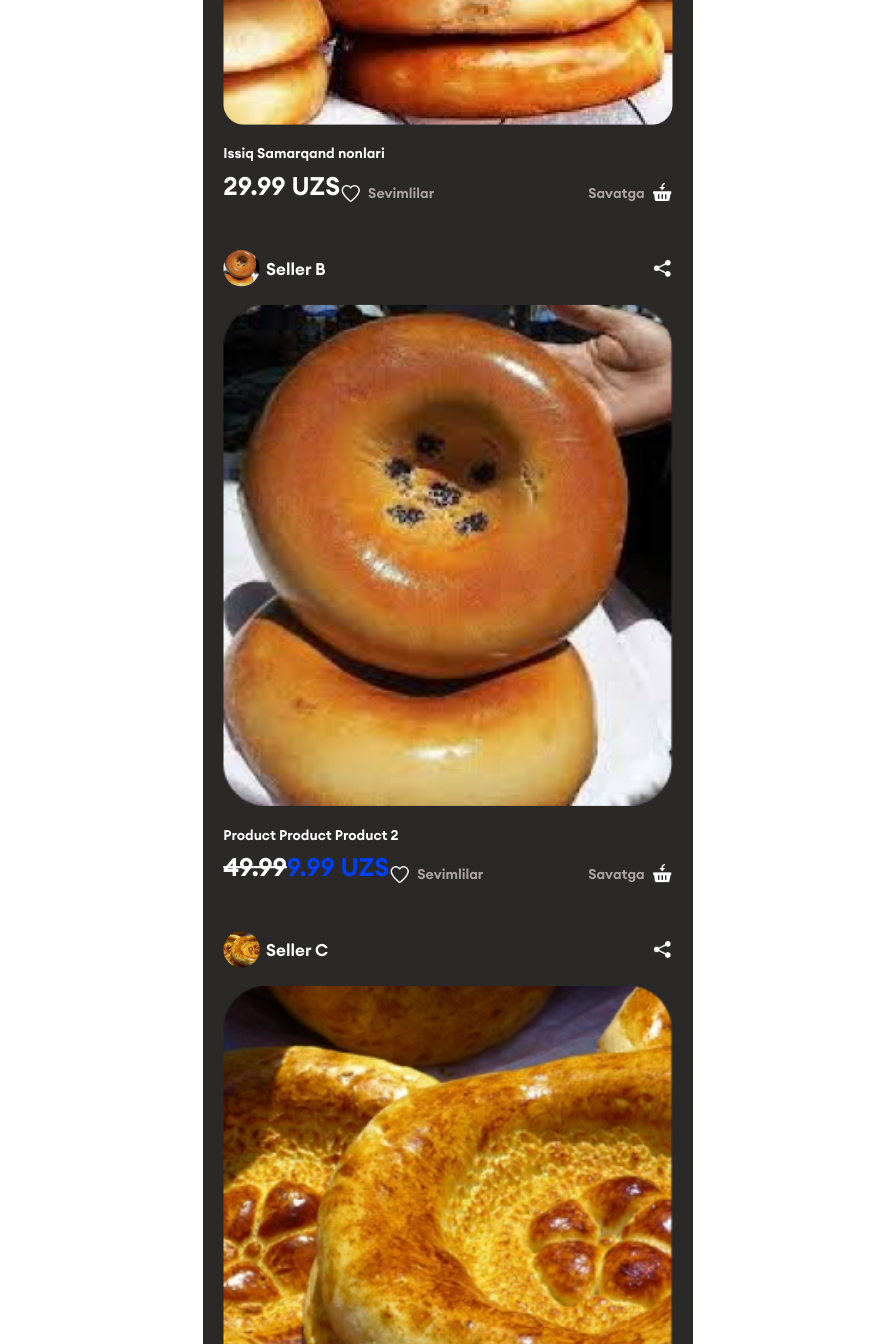
Repository: muslmoney/click-miniapp
Page: /
An editor plug-in stored every save of this project. The page is shown before and after a run of saves, followed by the edit.
The browser window is 1280 px wide. The pictures show the part of the page from y = 1435 to 3355 px (the page is 10664 px tall before and 11143 px after), at 70% of full size.
The project was rebuilt for these pictures with package versions that can differ from the ones it lists, and the page was loaded fresh each time. Also part of the build but not shown: vite.config.js.

Above is the page before, as saved 2025-02-02 00:22:42.

### index.html
<!doctype html>
<html lang="en">
<head>
  <meta charset="UTF-8" />
  <meta http-equiv="X-UA-Compatible" content="IE=edge" />
  <meta name="description" content="Non Bor" />
  <meta name="keywords" content="Non Bor" />
  <meta name="author" content="Non Bor" />
  <!-- <meta http-equiv="refresh" content="30"> -->
  <meta property="og:title" content="Non Bor">
  <meta property="og:description" content="Non Bor">
  <meta property="og:image" content="/logo_bread.png">
  <meta property="og:url" content="https://non-bor.netlify.app/">
  <meta name="viewport" content="width=device-width, initial-scale=1.0" />
  <link rel="icon" type="image/png" href="/logo_bread.png" />
  <title>Non Bor</title>
</head>

<body>
  <div id="root"></div>
  <script type="module" src="/src/main.jsx"></script>
</body>

</html>

### src/main.jsx
import React, { Suspense, lazy, StrictMode } from 'react';
import { createRoot } from 'react-dom/client';
import { createBrowserRouter, RouterProvider, Navigate } from 'react-router-dom';
import './index.css';
import App from './App.jsx'
import { CartProvider } from './context/Context.jsx';
const Home = lazy(() => import("./pages/Home/Home.jsx"));
const Cart = lazy(() => import("./pages/Cart/Cart.jsx"));
const Favorites = lazy(() => import('./pages/Favorites/Favorites.jsx'));
const Search = lazy(() => import('./pages/Search/Search.jsx'));
const User = lazy(() => import('./pages/User/User.jsx'));

const router = createBrowserRouter([
  {
    path: "/",
    element: <App />,
    children: [
      { index: true, element: <Navigate to="home" replace /> },
      {
        path: 'home',
        element: <Home />
      },
      {
        path: 'cart',
        element: <Cart />
      },
      {
        path: 'favorites',
        element: <Favorites />
      },
      {
        path: 'search',
        element: <Search />
      },
      {
        path: 'user',
        element: <User />
      },
      { path: '*', element: <div>404 - Page Not Found</div> },
    ],
  },
]);

class ErrorBoundary extends React.Component {
  state = { hasError: false };

  static getDerivedStateFromError() {
    return { hasError: true };
  }

  componentDidCatch(error, info) {
    console.error("Error caught:", error, info);
  }

  render() {
    if (this.state.hasError) {
      return <div>Something went wrong!</div>;
    }
    return this.props.children;
  }
}


createRoot(document.getElementById('root')).render(
  <StrictMode>
    <CartProvider>
      <Suspense fallback={<div>Loading...</div>}>
        <RouterProvider router={router} />
      </Suspense>
    </CartProvider>
  </StrictMode>
);

### src/index.css
:root {
  --color-default-white: #fff;
  --color-default-bg: #2B2828;
  --color-default-blue: #023EF3;
  --color-button-bg-blue:#3866E8;
  --color-text-gray:#ADA4A4;
  --color-button-bg-gray:#565454;
}

* {
  font-family: 'Euclid Circular A', sans-serif;
  scroll-behavior: smooth;
  padding: 0;
  margin: 0;
  box-sizing: border-box;
}

.container {
  width: 100%;
  margin: 0 auto;
  max-width: 700px;
}


picture,
img,
svg {

  display: block;
  width: 100%;
  height: auto;
}

a,
span,
button,
label,
input,
textarea {
  display: inline-block;
  font-family: inherit;
  color: inherit;
  font-weight: inherit;
}

a,
button,
label,
textarea,
li {
  list-style: none;
  text-decoration: none;
  cursor: pointer;
}

q::after,
q::before {
  content: '';
}

#root {
  display: flex;
  flex-direction: column;
  justify-content: space-between;
}

#root>* {
  flex-shrink: 0;
}

#root>main {
  flex-grow: 1;
}

h1,
h2,
h3,
h4,
h5,
h6,
p,
button,
a {
  font-weight: inherit;
  color: var(--color-default-white);
}

### src/App.jsx
import React, { useEffect } from "react";
import "./App.css";
import Header from "./layout/Header/Header.jsx";
import Footer from "./layout/Footer/Footer.jsx";
import "/public/fonts/fonts.css";
import { BrowserRouter as Router, Routes, Outlet, useLocation, useNavigate } from "react-router-dom";

const App = () => {
  const navigate = useNavigate();
  const { pathname } = useLocation();

  useEffect(() => {
    if (pathname === "/") {
      navigate("/home");
    }
  }, [pathname, navigate]);

  return (
    <>
      <header>
        <Header />
      </header>

      <main>
        <Outlet />
      </main>

      <footer>
        <Footer />
      </footer>
    </>
  );
};

export default App;

### src/context/Context.jsx
import React, { createContext, useState, useContext } from 'react';

const CartContext = createContext();
const FavoriteContext = createContext();

export const useCart = () => useContext(CartContext);
export const useFavorites = () => useContext(FavoriteContext);

export const CartProvider = ({ children }) => {
  const [cart, setCart] = useState([]);
  const [favorites, setFavorites] = useState([]);

  const addToCart = (product) => {
    setCart((prevCart) => [...prevCart, product]);
  };

  const removeFromCart = (productId) => {
    setCart((prevCart) => prevCart.filter((product) => product.id !== productId));
  };

  const changeQuantity = (productId, quantity) => {
    setCart((prevCart) => {
      return prevCart.map((product) =>
        product.id === productId ? { ...product, quantity } : product
      );
    });
  };

  const addToFavorites = (product) => {
    setFavorites((prevFavorites) => [...prevFavorites, product]);
  };

  const removeFromFavorites = (productId) => {
    setFavorites((prevFavorites) => prevFavorites.filter((product) => product.id !== productId));
  };

  return (
    <CartContext.Provider value={{ cart, addToCart, removeFromCart, changeQuantity }}>
      <FavoriteContext.Provider value={{ favorites, addToFavorites, removeFromFavorites }}>
        {children}
      </FavoriteContext.Provider>
    </CartContext.Provider>
  );
};

### src/layout/Header/Header.jsx
import React from 'react'
import { RxCross2 } from "react-icons/rx";
import style from './header.module.css'
const Header = () => {
    return (
        <header className={style.header}>
            <div className='container'>
                <div className={style.header}>
                    <img className={style.cross} src="/cancel.png" alt="" />
                </div>
            </div>
        </header>
    )
}

export default Header

### src/layout/Footer/Footer.jsx
import React from 'react'
import styles from './footer.module.css'
import { CiSearch } from "react-icons/ci";
import { CiUser } from "react-icons/ci";
import { CiHeart } from "react-icons/ci";
import { PiBagLight } from "react-icons/pi";
import { CiHome } from "react-icons/ci";
import { Link } from 'react-router-dom';

const Footer = () => {
    return (
        <footer className='container'>
            <div className={styles.footer}>
                    <Link className={styles.a} to={'./home'}>
                        <CiHome className={styles.icon} />
                        <h2>Главная</h2>
                    </Link>
                    <Link className={styles.a} to={'./search'}>
                        <CiSearch className={styles.icon} />
                        <h2>
                            Поиск
                        </h2>

                    </Link>
                    <Link className={styles.a} to={'./cart'}>
                        <PiBagLight className={styles.icon} />
                        <h2>
                            Корзина
                        </h2>

                    </Link>
                    <Link className={styles.a} to={'./favorites'}>
                        <CiHeart className={styles.icon} />
                        <h2>
                            Избранные
                        </h2>

                    </Link>
                    <Link className={styles.a} to={'./user'}>
                        <CiUser className={styles.icon} />
                        <h2>
                            Аккаунт
                        </h2>

                    </Link>
            </div>
        </footer>
    )
}

export default Footer

### public/fonts/fonts.css


@font-face {
    font-family: 'Euclid Circular A';
    src: url(/fonts/Euclid\ Circular\ A\ SemiBold.ttf);
    font-weight: 600;
    font-style: normal;
}

### src/pages/Home/home.module.css
.home {
    position: relative;
}

.container {
    padding: 0 !important;
}

.wrap.scrolled {
    background-color: var(--color-default-bg) !important;
}

.container {
    padding: 0;
}

.wrap {
    display: flex;
    align-items: center;
    justify-content: space-between;
    padding: 34px 70px 32px 16px;
    position: fixed;
    top: 0;
    width: 100%;
    transition: background-color 0.6s ease;
    max-width: 700px;
    z-index: 1000;
    @media (max-width: 550px) {
        padding: 14px 70px 14px 16px;

    }
}
.icon{
    @media (max-width: 550px) {
        width: 35px;
    }
}
.logo {
    display: flex;
    align-items: center;

    h1 {
        font-size: clamp(25px, 6.66vw, 40px);
        color: var(--color-default-white);
        white-space: nowrap;

    }

    img {
        width: 60px;
    }
    @media (max-width: 550px) {
img{
    width: 40px;
}
    }
}


.background {
    height: 60vh;
    background-image: url('/bg_bread.png');
    background-size: cover;
    background-position: bottom;
    background-repeat: no-repeat;
    position: fixed;
    top: 0;
    left: 0;
    width: 100%;
    z-index: -1;

    .title {
        font-weight: 600;
        bottom: 20%;
        left: 10px;
        position: absolute;

        h2 {
            font-size: clamp(30px, 8.08vw, 60px);
        }
    }
}

.hero {
    position: relative;
    padding-top: 60vh;
}

.catalogItems {
    display: flex;
    justify-content: space-around;
    align-items: center;
    gap: 5px;
    overflow: scroll;
    scrollbar-width: none;
    -ms-overflow-style: none;

    div {
        text-align: center;

            p {
                font-size: 16px;
                white-space: nowrap;
            }
    }
}

.catalogItems::-webkit-scrollbar {
    display: none;
}

.catalogItem {
    border-radius: 50%;
    width: 140px;
    height: 140px;
    display: flex;
    align-items: center;
    background-color: var(--color-default-white);
    overflow: hidden;
    margin-bottom: 10px;
}

.title2 {
    padding: 15px 0 18px 10px;
    font-size: 36px;
}

.buttons {
    display: flex;
    padding: 0 10px;
    overflow: scroll;
    scrollbar-width: none;
    -ms-overflow-style: none;
}

.buttons::-webkit-scrollbar {
    display: none;
}

.catalog {
    padding: 10px 15px;
    overflow-y: auto;
    background-color: var(--color-default-bg);
    position: relative;
    border-radius: 35px;
    top: -30px;
    transition: transform 0.3s ease, box-shadow 0.3s ease;
    transform: translateY(0);
}

.catalog.scrolled {
    transform: translateY(-20px);
}

### src/components/Buttons/Buttons.jsx
import React from "react";
import styles from "./buttons.module.css";

const Button = ({ link, icon, title, className,color, ...props }) => {
  return (
    <a className={`${styles.button} ${className}`} href={link} {...props}>
     {icon ? ( <img src={icon} alt={title} />) : ''   }
      <span>{title}</span>
    </a>
  );
};

export default Button;

### src/layout/Header/header.module.css
.header{
    max-width: 700px;
    position: relative;
}

.cross{
    width: 50px;
    position: fixed;
    right: 25px;
    top: 38px;
    width: 50px;
    z-index: 10000;
    @media (max-width: 550px) {
        width: 35px;
        top: 18px;
    }
}

### src/layout/Footer/footer.module.css

.footer {
    display: flex;
    align-items: center;
    justify-content: space-around;
    position: fixed;
    bottom: 0;
    left: 0;
    width: 100%;
    padding: 10px 0 10px 0;
    background-color: var(--color-default-bg);
.a{
    width: 100%;

   h2{

       font-size: clamp(15px, 1vw, 24px);
   }
}
    a {
        display: flex;
        align-items: center;
        flex-direction: column;
    }
}


.icon {
    width: 50px;
}
@media (max-width: 550px) {
    .icon {
        width: 35px;
    }
}

### src/components/Buttons/buttons.module.css
.button {
background-color: var(--color-button-bg-gray);
    text-align: center;
    text-decoration: none;
    display: flex;
    align-items: center;
    gap: 9px;
    color: var(--color-default-white);
    font-size: clamp(17px, 3.33vw, 24px);
    cursor: pointer;
    transition-duration: 0.4s;
    border-radius: 30px;
    padding: clamp(7px, 3vw, 10px) clamp(15px, 3vw, 25px);

    img {
        width: clamp(20px, 4.2vw, 30px);
    }
}

### src/components/ProductCard/productCard.module.css
    .productCard {
        padding: clamp(15px, 3vw, 20px) clamp(10px, 2vw, 14px);

    }

    .header {
        display: flex;
        align-items: center;
        justify-content: space-between;
        padding: 26px 0;

        .seller {
            display: flex;
            align-items: center;
            justify-content: center;
            gap: 9px;
        }

        h5 {
            font-size: 24px;
            font-weight: 500;
        }

        .logo {
            width: 52px;
            border-radius: 50%;
            height: 52px;
            object-fit: cover;
        }

    }

    .info {
        display: flex;
        flex-direction: column;
        gap: 10px;

        h3 {
            font-size: 36px;
            font-weight: 500;
            line-height: 43.57px;
            text-align: left;
            text-underline-position: from-font;
            text-decoration-skip-ink: none;

        }

        p {
            padding: 29px 0 0 0;
            font-size: 20px;
            font-weight: 500;
            line-height: 24.2px;
            text-align: left;
            text-underline-position: from-font;
            text-decoration-skip-ink: none;

        }
    }

    .prices {
        display: flex;
        align-items: center;
        justify-content: start;


    }

    .img {
        object-fit: cover;
        border-radius: 26px;
        overflow: hidden;
    }

    .buttons {
        display: flex;
        justify-content: space-between;
        align-items: center;
        flex-grow: 1;
        padding: 20px 0 0px 0;

        button {
            display: flex;
            align-items: center;
            text-align: end;
            width: 100%;
            max-width: 200px;
            border: none;
            gap: 10px;
            background: transparent;
            font-size: 20px;
            font-weight: 500;
            line-height: 24.2px;
            text-align: left;
            text-underline-position: from-font;
            text-decoration-skip-ink: none;
            color: var(--color-text-gray);

            img {
                width: 30px;
            }
        }
    }

    .like {
        justify-content: start;
    }

    .bag {
        justify-content: end;
    }



    .originalPrice {
        text-decoration: line-through;
    }

    .salePrice {
        color: var(--color-default-blue);
    }

    .searchProduct {
        display: flex;
        flex-direction: column;
        padding: 5px;
        width: 100%;
        height: 370px;

        h3 {
            font-size: clamp(15px, 3.9vw, 24px);
            font-weight: 500;
            line-height: 29.05px;
            text-align: left;
            text-underline-position: from-font;
            text-decoration-skip-ink: none;

        }

        h2 {
            font-size: clamp(20px, 3.9vw, 28px);
            font-weight: 500;
            line-height: 29.05px;
            text-align: left;
            text-underline-position: from-font;
            text-decoration-skip-ink: none;
        }

        .img {
            border-radius: 30px;

            img {
                height: 250px;

                @media (max-width: 450px) {
                    height: 150px;
                }
            }
        }

        .info {
            gap: 5px;
            flex-grow: 1;
            display: flex;
            flex-direction: row;
            justify-content: space-between;
            align-items: center;

            h3 {
                overflow: hidden;
                text-overflow: ellipsis;
                display: -webkit-box;
                -webkit-line-clamp: 2;
                -webkit-box-orient: vertical;

            }

            img {
                width: 32px;
                height: 32px;
            }

        }

        .prices {
            align-items: start;
            flex-direction: column;
            flex-grow: 1;
            justify-content: space-between;



        }

        .price {
            flex-grow: 1;
            display: flex;
            gap: 11px;


        }

        @media (max-width: 450px) {
            height: 270px;
        }
    }

    .inCart {
        img {
            width: 100px;
        }

        .quantityControl {
            img {
                width: 30px;
            }
        }
    }

Loaded but not shown: src/db/db.json (104 lines, source omitted); src/pages/Home/Home.jsx (121 lines, source omitted); src/components/ProductCard/ProductCard.jsx (120 lines, source omitted); src/App.css (no stored copy; drawn as an empty file); src/pages/User/user.module.css (no stored copy; drawn as an empty file)

After the next 3 saves:
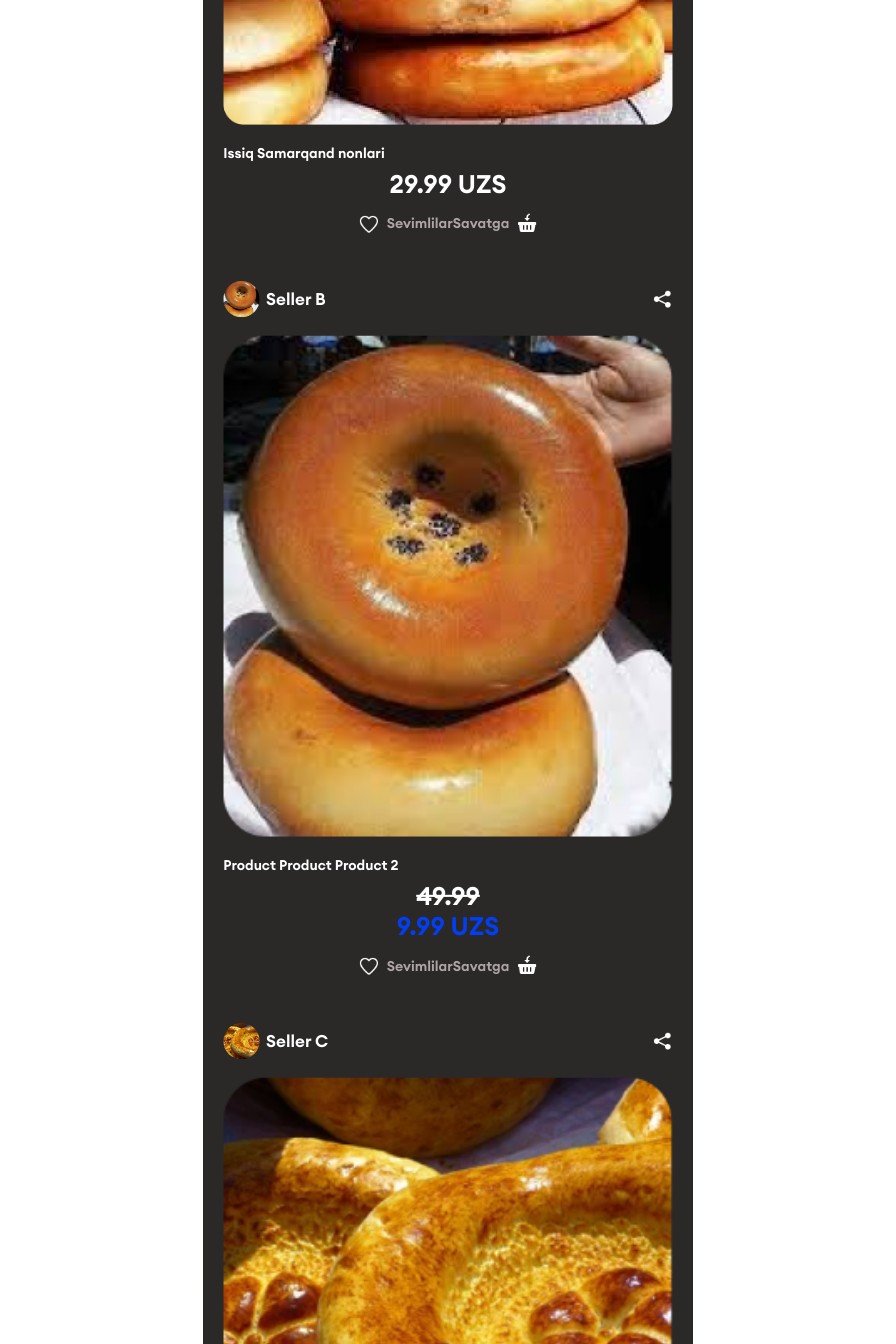
The 3 saves are shown as one change because they came seconds apart.
The last was saved 38 s later.
--- a/src/components/ProductCard/productCard.module.css
+++ b/src/components/ProductCard/productCard.module.css
@@ -61,6 +61,7 @@
         display: flex;
         align-items: center;
         justify-content: start;
+        flex-direction: column;
 
 
     }

After the save that followed:
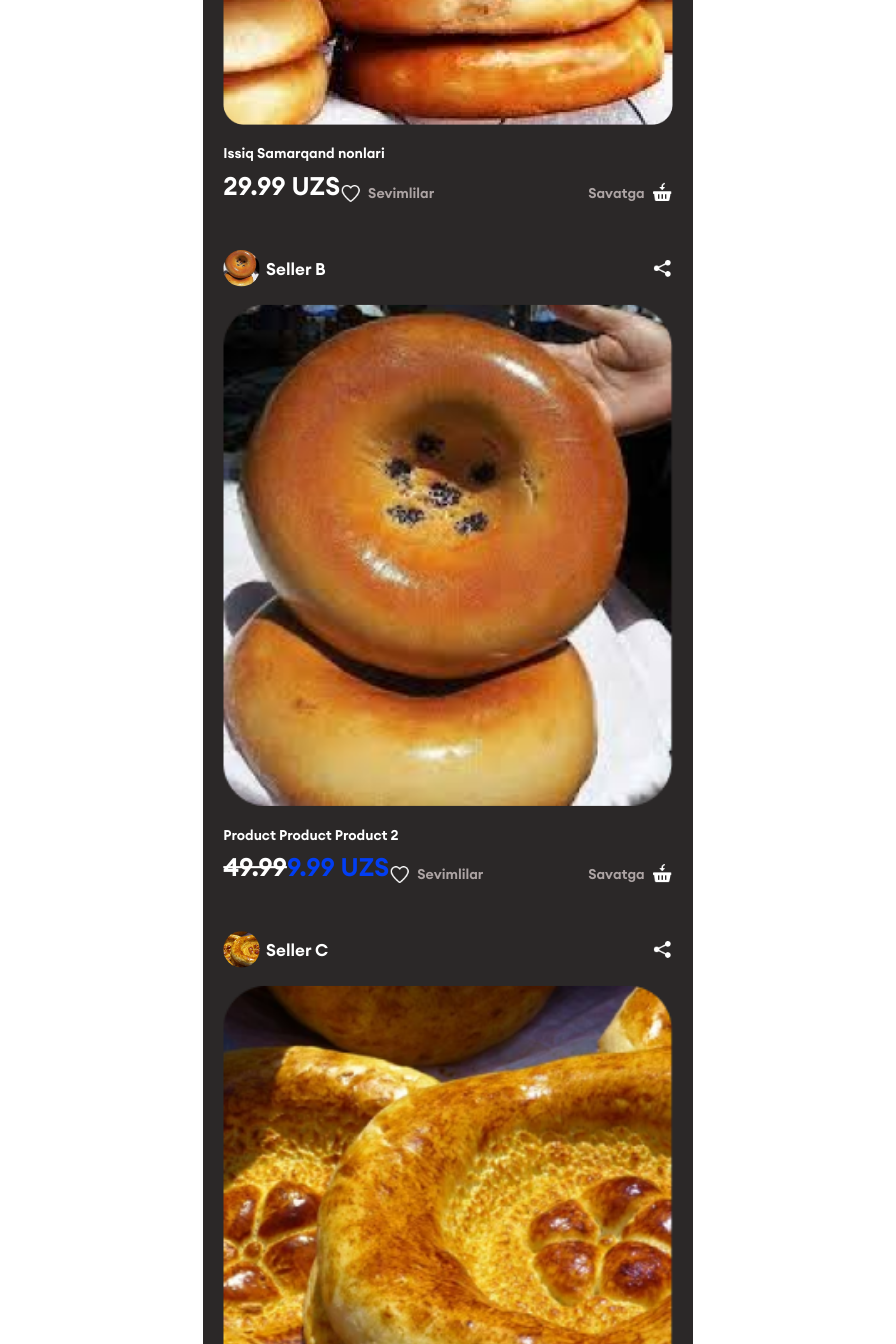
Saved 6 s later.
--- a/src/components/ProductCard/productCard.module.css
+++ b/src/components/ProductCard/productCard.module.css
@@ -61,7 +61,6 @@
         display: flex;
         align-items: center;
         justify-content: start;
-        flex-direction: column;
 
 
     }
